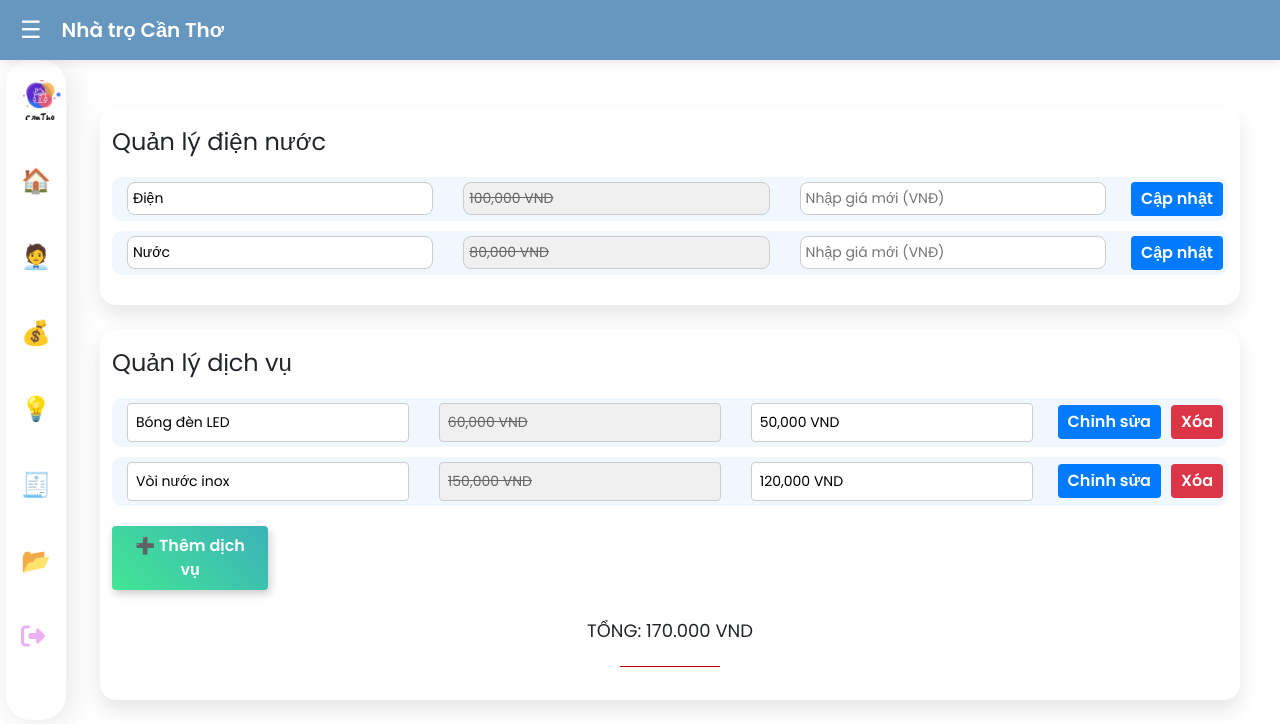
Repository: nhutty0402/DoAn02
Page: HTML/dichvu.html
These files come from the project's save history. The page is drawn as it stood at one moment and after the next save; the edit follows.
The browser window is 1280 px wide. The pictures show the whole page.

Above is the page before, as saved 2025-03-20 23:38:05.

After the next save:
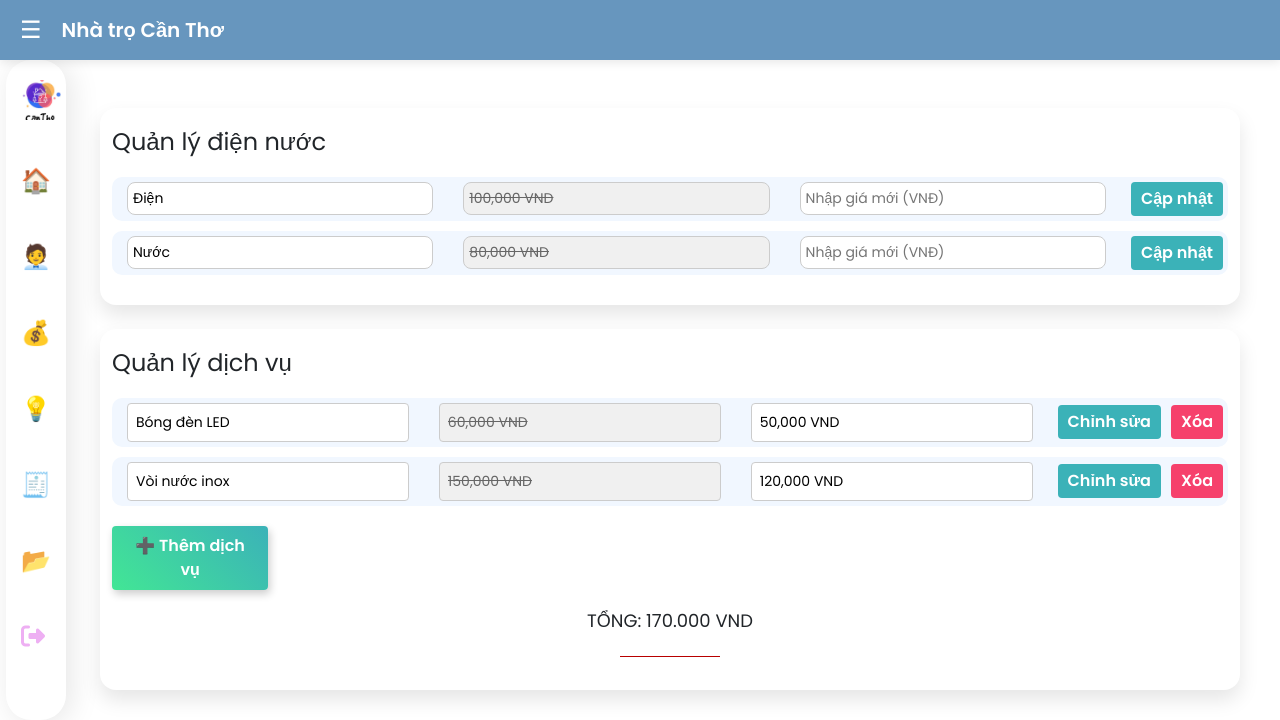
Saved 25 s later.
--- a/CSS/dichvu.css
+++ b/CSS/dichvu.css
@@ -507,21 +507,7 @@ input[readonly].old-price {
   cursor: pointer;
 }
 
-.update-btn {
-  background-color: #007bff;
-  color: white;
-}
-
-.delete-btn {
-  background-color: #dc3545;
-  color: white;
-}
-
-.add-btn {
-  background-color: #28a745;
-  color: white;
-  margin: 10px 0;
-}
+
 
 .cf-title-01 h6 {
   font-size: 18px;
